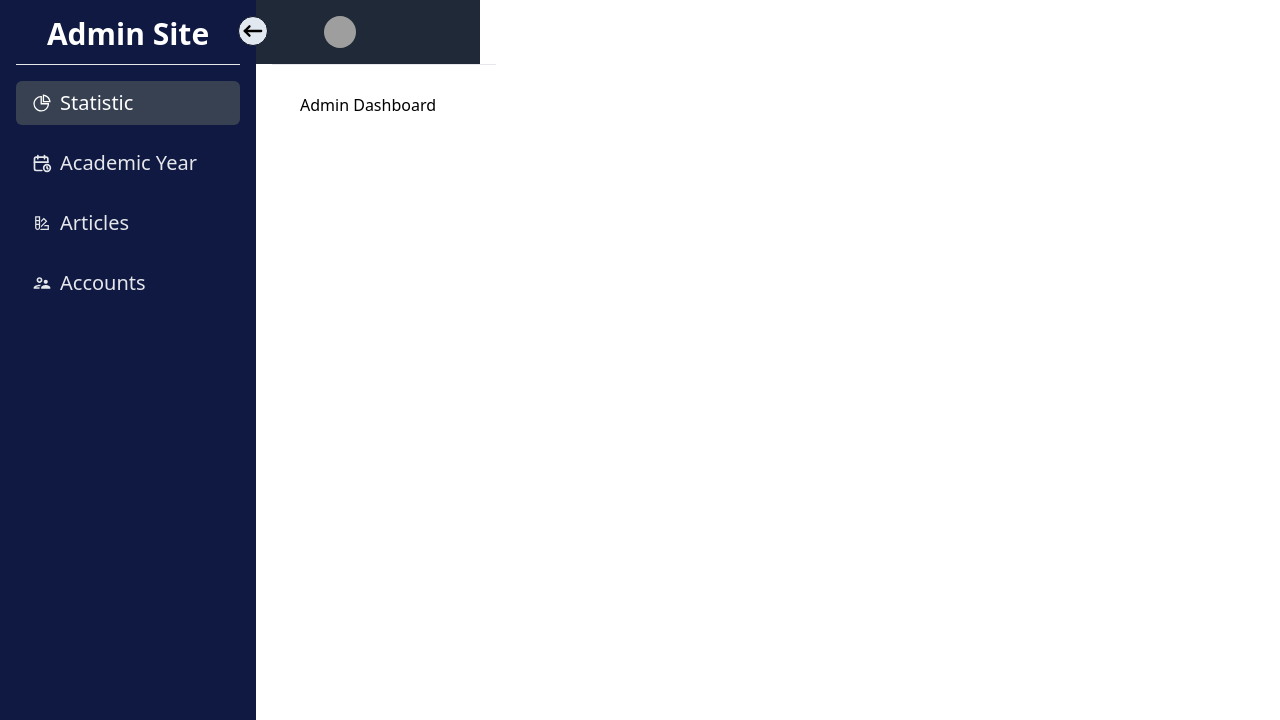
Repository: huynhvanngoan/COMP1640FE-Template
Page: /admin
The author's editor kept a copy of each file at every save. The page is drawn from the files as they stood at one save, then again after the next save.
The browser window is 1280 px wide. The pictures show the whole page.
Pictures or frames that could not be fetched are drawn as grey boxes. The project was rebuilt for these pictures with package versions that can differ from the ones it lists, and the page was loaded fresh each time. Also part of the build but not shown: src/components/buttonStyles.js, src/pages/LoginPage.jsx, src/pages/student/StudentDashboard.jsx, src/pages/department/DepartmentDashboard.jsx, src/pages/marketing/MarketingDashboard.jsx, src/pages/guest/GuestDashboard.jsx.

Above is the page before, as saved 2024-03-24 07:38:17.

After the next save:
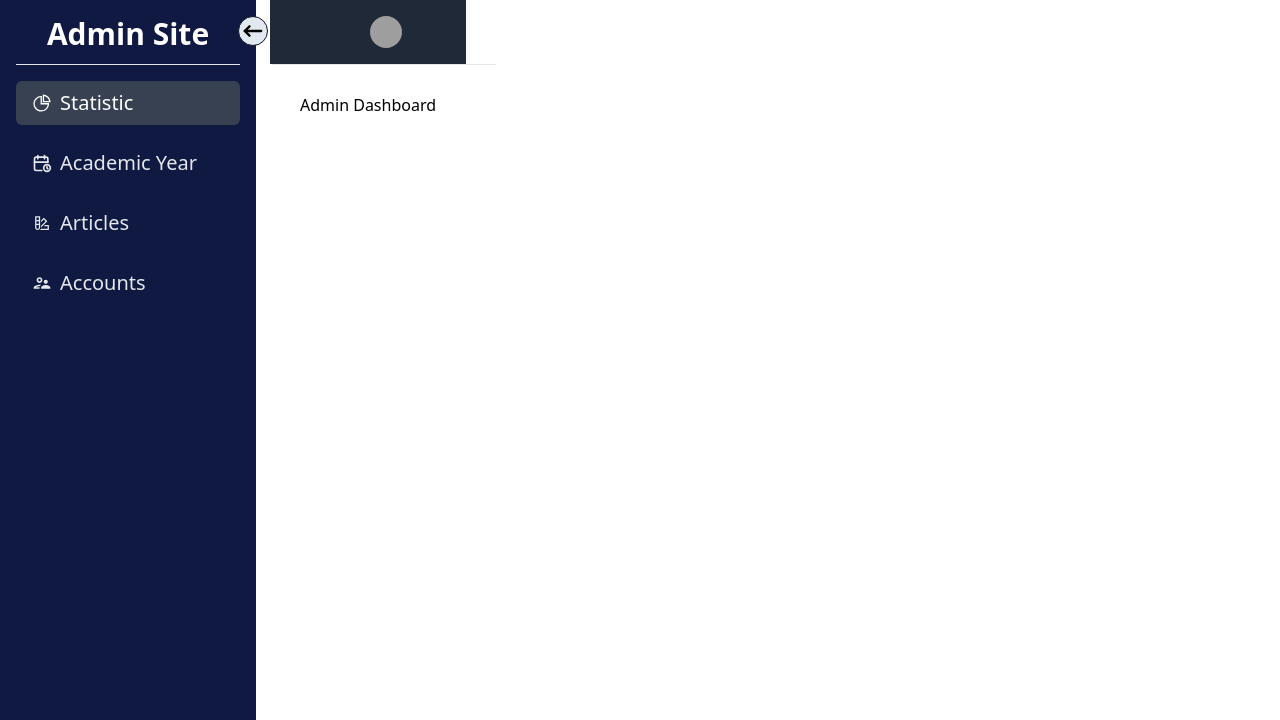
Saved 98 s later.
--- a/src/pages/admin/Header.js
+++ b/src/pages/admin/Header.js
@@ -9,7 +9,7 @@ function classNames(...classes) {
 
 export default function Header() {
   return (
-    <Disclosure as="nav" className="bg-gray-800 right-0">
+    <Disclosure as="nav" className="bg-gray-800 right-0 mx-auto max-w-screen-xl px-2 sm:px-6 lg:px-8">
       {({ open }) => (
         <>
           <div className="mx-auto max-w-full px-2 sm:px-6 lg:px-8">
